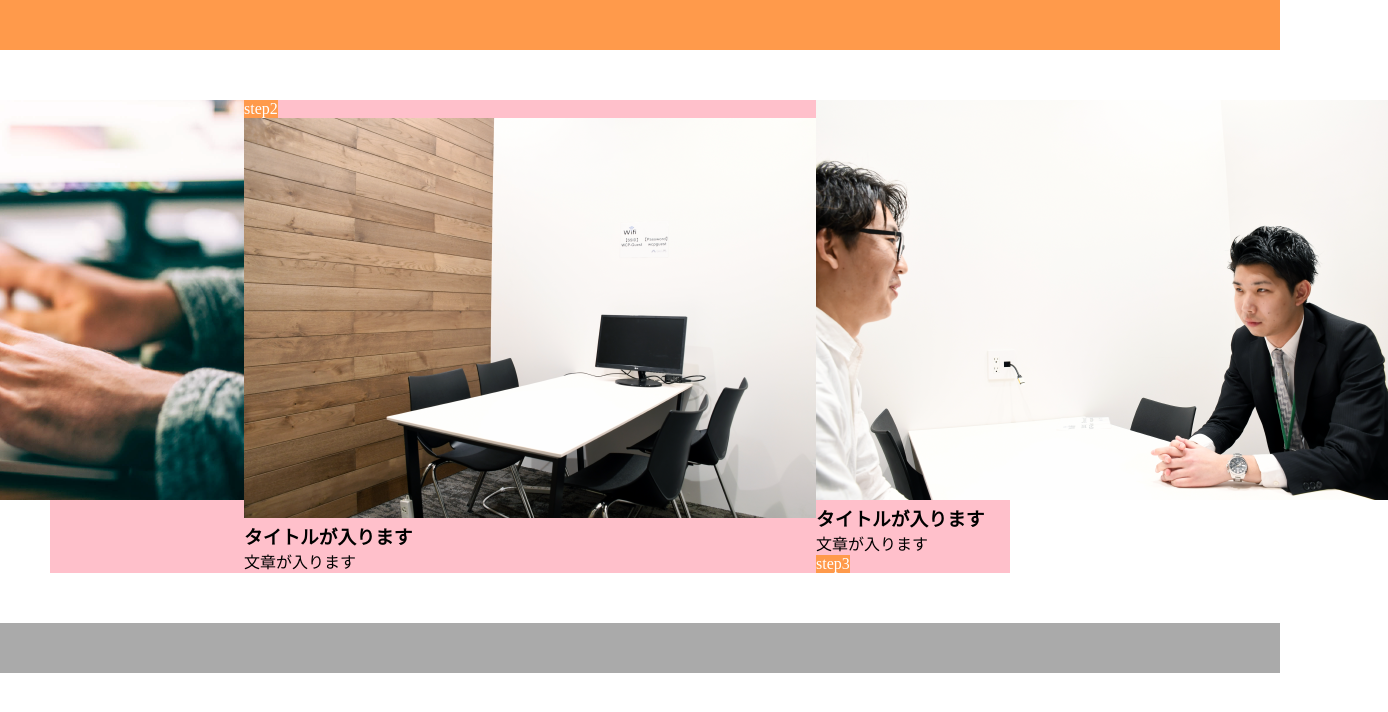
Repository: shizuki-okuma/dmm-webcamp
Page: chapter9_exercise/chapter9_exercise.html
The author's editor kept a record of every edit. The page is drawn from the files as they stood at one moment, then again after the next edit.
The browser window is 1280 px wide. The page is 1388 px wide, so the pictures cover 1388 px, including what lies to the right of the window. The pictures show the whole page.

Above is the page before.

### chapter9_exercise/chapter9_exercise.html
<!DOCTYPE html>
<html lang="ja">
  <head>
    <meta charset="UTF-8" />
    <!-- CSSファイルの読み込み -->
    <link rel="stylesheet" href="style9.css" />
    <title>chapter9_exercise</title>
  </head>

  <body>
    <div class="header"></div>
    <div class="main-visual">
      <div class="main-box">
        <img class="image" src="img/flow01.png"/>
        <div class="image"></div>
        <h3>タイトルが入ります</h3>
        <p>文章が入ります</p>
        <div class="icon">step1</div>
      </div>

      <div class="main-box">
        <div class="icon">step2</div>
        <img class="image" src="img/flow02.png"/>
        <div class="image"></div>
        <h3>タイトルが入ります</h3>
        <p>文章が入ります</p>

      </div>

      <div class="main-box">
        <img class="image" src="img/flow03.png"/>
        <div class="image"></div>
        <h3>タイトルが入ります</h3>
        <p>文章が入ります</p>
        <div class="icon">step3</div>
      </div>
    </div>
    <footer>

    </footer>

  </body>
</html>

### chapter9_exercise/style9.css
* {
  margin: 0;
  padding: 0;
  box-sizing: border-box;
}

.header {
  background-color: #FF9A4B;
  height: 50px;
}
.main-visual {
  width: 960px;
  background-color: pink;
  display: flex;
  justify-content: center;
  margin: 50px;
}

.icon {
  background-color: #FF9A4B;
  display: inline-block;
  color: white;
}
.heading {
  margin-top: 15px;
  margin-bottom: 5px;
}
.main-box1 {
  width: 300px;
  background-color: #EEEEEE;
  margin: 30px;
  padding: 10px;


}
.image1 {
  background-image: url(img/flow01.png);
  background-size: cover;
  background-position: center;
  height: 150px;
}
.main-box2 {
  width: 300px;
  background-color: #EEEEEE;
  margin: 30px;
  padding: 10px;
}
.image2 {
  background-image: url(img/flow02.png);
  background-size: cover;
  background-position: center;
  height: 150px;
}
.main-box3 {
  width: 300px;
  background-color: #EEEEEE;
  margin: 30px;
  padding: 10px;
}

.image3 {
  height: 150px;
  background-image: url(img/flow03.png);
  background-size: cover;
  background-position: center;

}
footer {
  background-color: #AAAAAA;
  height: 50px;
}

After the next edit:
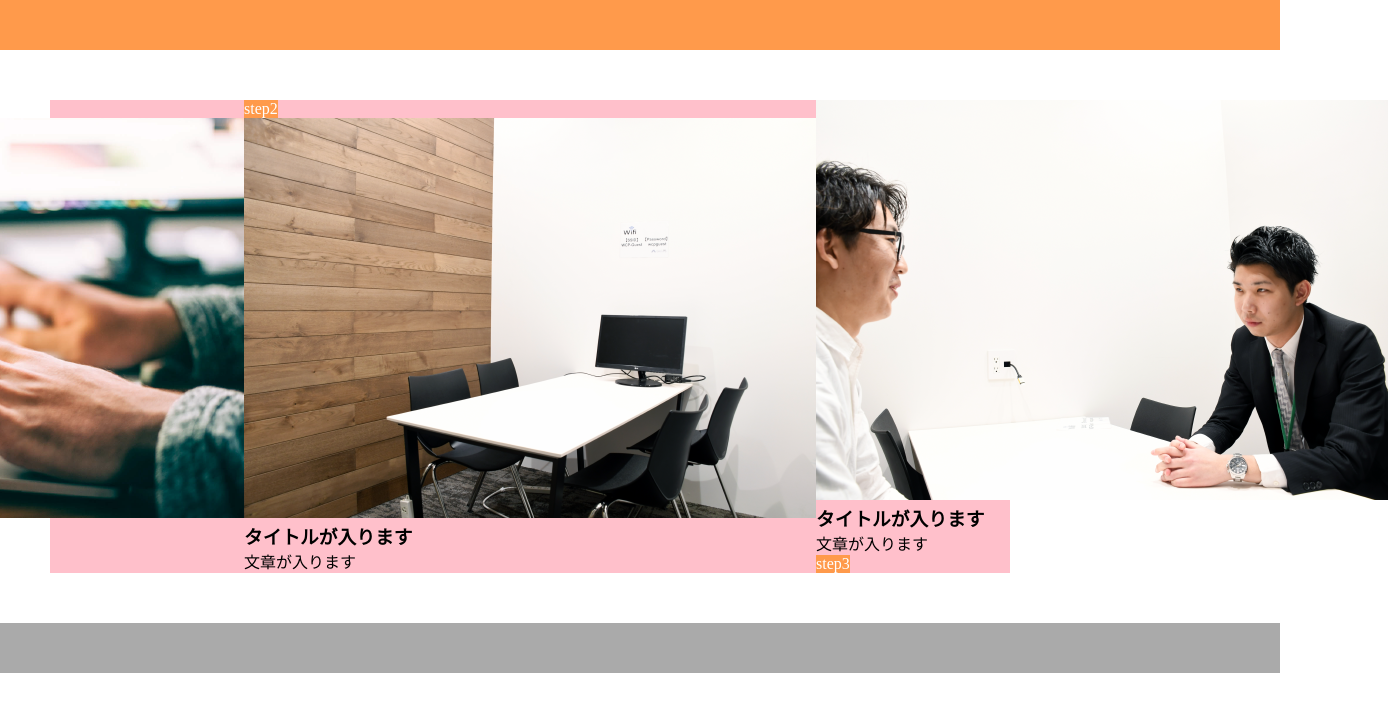
The edit:
--- a/chapter9_exercise/chapter9_exercise.html
+++ b/chapter9_exercise/chapter9_exercise.html
@@ -11,11 +11,12 @@
     <div class="header"></div>
     <div class="main-visual">
       <div class="main-box">
+        <div class="icon">step1</div>
         <img class="image" src="img/flow01.png"/>
         <div class="image"></div>
         <h3>タイトルが入ります</h3>
         <p>文章が入ります</p>
-        <div class="icon">step1</div>
+
       </div>
 
       <div class="main-box">
